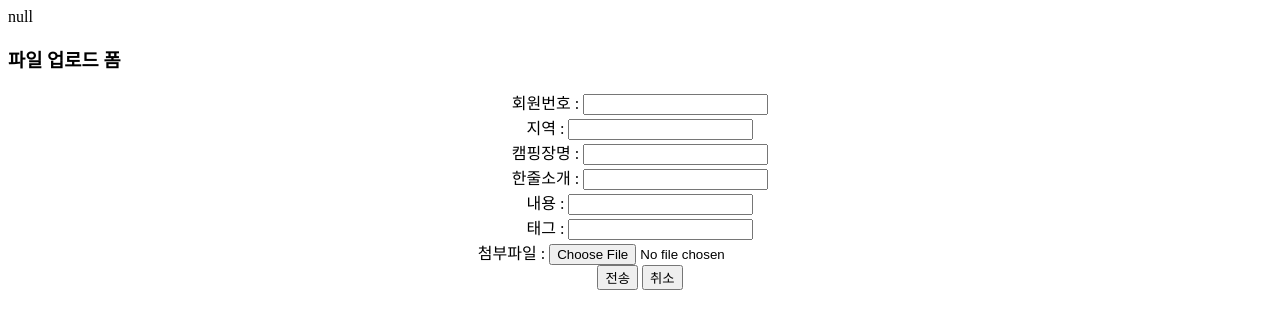
Repository: Lee-MinJa/JAVA_CAMP
Page: http://localhost/demo/PrBoard/PrBoardList.jsp
These files come from the project's save history. The page is drawn as it stood at one moment and after the next save; the edit follows.
The browser window is 1280 px wide. The pictures show the whole page.
The page is served by Tomcat 9. Other server files are loaded and not shown. The template is opened directly, without the code that normally fills it, so the values that code supplies are empty.

Above is the page before, as saved 2022-03-21 04:00:23.

### demo/src/main/webapp/PrBoard/PrBoardList.jsp
<%@ page language="java" contentType="text/html; charset=UTF-8"
    pageEncoding="UTF-8"%>
    <%@page import="java.util.*" %>
    <%
    List<Map<String,Object>> PrBoardList=(List)request.getAttribute("PrBoardList");

    out.print(PrBoardList);

    %>
<!DOCTYPE html>
<html>
<head>
<meta charset="UTF-8">
<title>Insert title here</title>
</head>
<body>
   <h3>파일 업로드 폼</h3>
<center>
    <!--
        파일업로드를 위해선 반드시 method="post" enctype="Multipart/form-data"여야함!
     -->
    <form action="./PrBoardInsert" method="post" enctype="Multipart/form-data">
        <!-- 올린 사람 : <input type="text" name="name" /><br/>
        제목        : <input type="text" name="subject" /><br/> -->
        <!--
            파일 업로드는 input type="file"로 지정한다.
         -->
        회원번호 : <input type="text" name="MEM_NUM" /><br/>
        지역 : <input type="text" name="PROMO_REGION" /><br/>
        캠핑장명 : <input type="text" name="PROMO_CAMPSITE" /><br/>
        한줄소개 : <input type="text" name="PROMO_MAIN_CONTENT" /><br/>
        내용 : <input type="text" name="PROMO_DETAIL_CONTENT" /><br/>
        태그 : <input type="text" name="TAG_NAME" /><br/>
        첨부파일 : <input type="file" name="IMAGE_FILENAME" /><br/>
        <input type="submit" value="전송" />
        <input type="reset" value="취소" />
    </form>
</center>
</body>
</html>

After the next save:
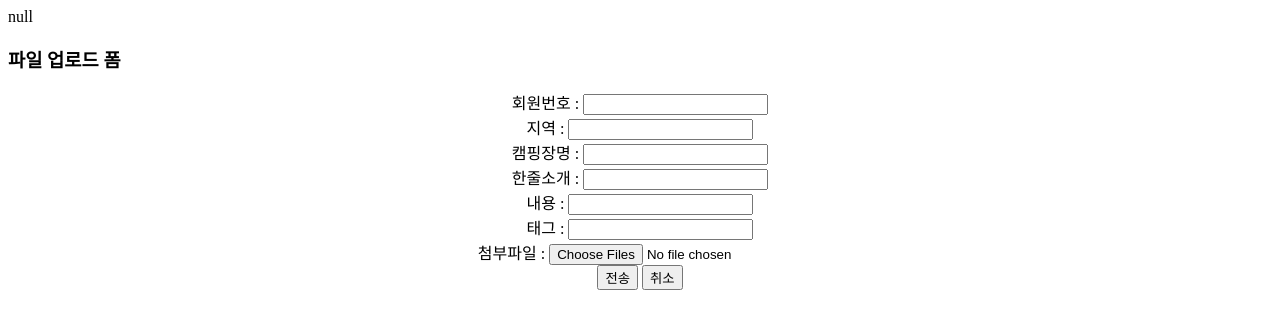
Saved 3 min 21 s later.
--- a/demo/src/main/webapp/PrBoard/PrBoardList.jsp
+++ b/demo/src/main/webapp/PrBoard/PrBoardList.jsp
@@ -31,7 +31,7 @@
         한줄소개 : <input type="text" name="PROMO_MAIN_CONTENT" /><br/>
         내용 : <input type="text" name="PROMO_DETAIL_CONTENT" /><br/>
         태그 : <input type="text" name="TAG_NAME" /><br/>
-        첨부파일 : <input type="file" name="IMAGE_FILENAME" /><br/>
+        첨부파일 : <input type="file"  multiple="multiple" name="IMAGE_FILENAME" /><br/>
         <input type="submit" value="전송" />
         <input type="reset" value="취소" />
     </form>
